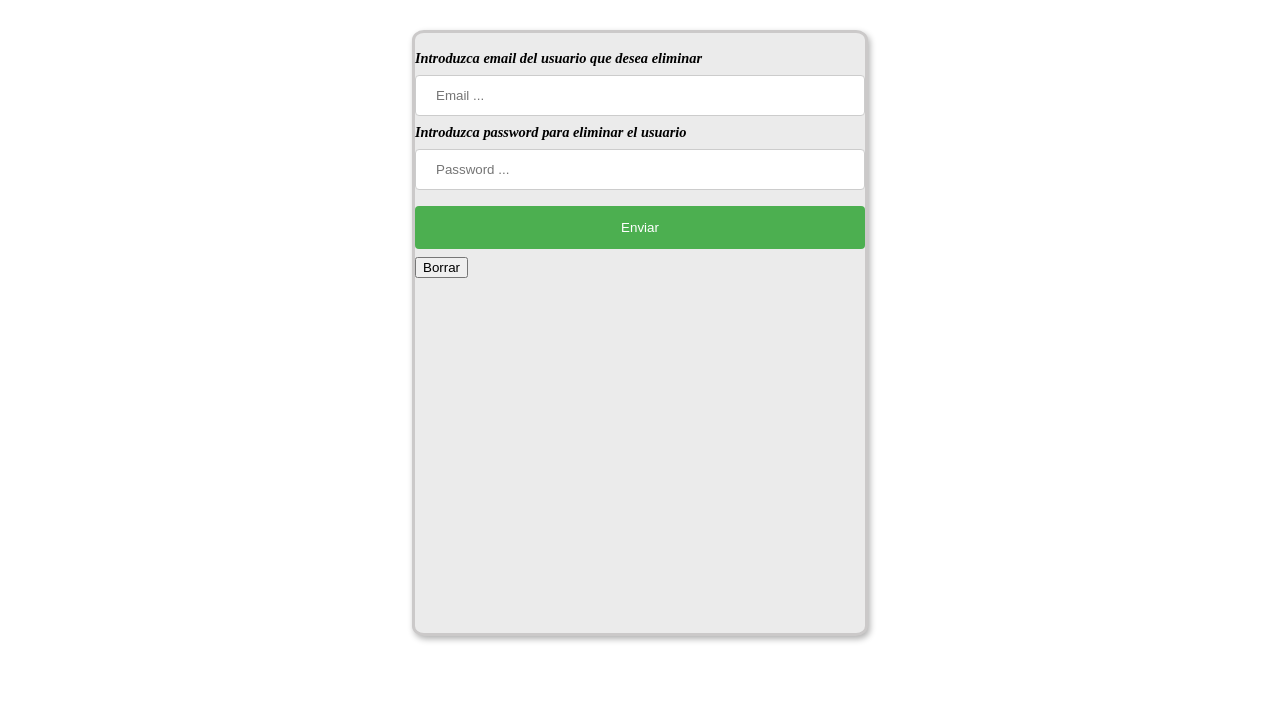
Repository: nachmz42/ProyectoJoker
Page: http://localhost/Joker/eliminarusuario.jsp
These files come from the project's save history. The page is drawn as it stood at one moment and after the next save; the edit follows.
The browser window is 1280 px wide. The pictures show the whole page.
The page is served by Tomcat 9. Other server files are loaded and not shown.

Above is the page before, as saved 2021-07-02 11:24:27.

### Joker/src/main/webapp/eliminarusuario.jsp
<%@ page language="java" contentType="text/html; charset=ISO-8859-1"
    pageEncoding="ISO-8859-1"%>
<!DOCTYPE html>
<html>
<head>
<meta charset="ISO-8859-1">
<title>Insert title here</title>
<link rel="stylesheet" href="STYLE/css/eliminarusuario.css"></link>
</head>
<body>


<div class= "testbox">
  <form action="/Joker/ServletEliminarusuario" method="post"><br>
  <div clas="form2">
  	<label for="email">Introduzca email del usuario que desea eliminar</label>
    <input type="email" id="email" name="email" placeholder="Email ..." required><br>

    <label for="password">Introduzca password para eliminar el usuario</label>
    <input type="text" id="password" name="password" placeholder="Password ..." required><br>

    <input type="submit" value="Enviar"><br>
    <input type="reset" value="Borrar"><br>
    </div>
  </form>
</div>





</body>
</html>

### Joker/src/main/webapp/STYLE/css/eliminarusuario.css
@charset "ISO-8859-1";


input[type=text], select {
  width: 100%;
  padding: 12px 20px;
  margin: 8px 0;
  display: inline-block;
  border: 1px solid #ccc;
  border-radius: 4px;
  box-sizing: border-box;
}

input[type=email], select {
  width: 100%;
  padding: 12px 20px;
  margin: 8px 0;
  display: inline-block;
  border: 1px solid #ccc;
  border-radius: 4px;
  box-sizing: border-box;
}

input[type=submit] {
  width: 100%;
  background-color: #4CAF50;
  color: white;
  padding: 14px 20px;
  margin: 8px 0;
  border: none;
  border-radius: 4px;
  cursor: pointer;
}

input[type=submit]:hover {
  background-color: #45a049;
}

.testbox {
  margin: 30px auto;
  width: 450px;
  height: 600px;
  -webkit-border-radius: 12px/9px;
  -moz-border-radius: 12px/9px;
  border-radius: 12px/10px;
  background-color: #ebebeb;
  -webkit-box-shadow: 2px 3px 6px rgba(0,0,0,.31);
  -moz-box-shadow: 2px 3px 6px rgba(0,0,0,.31);
  box-shadow: 2px 3px 6px rgba(0,0,0,.31);
  border: solid 3px #cbc9c9;
  font: oblique bold 90% cursive;
}

.form2 {
    Text-align: left;
    width: 350px;
    margin-left: 50px;
}

After the next save:
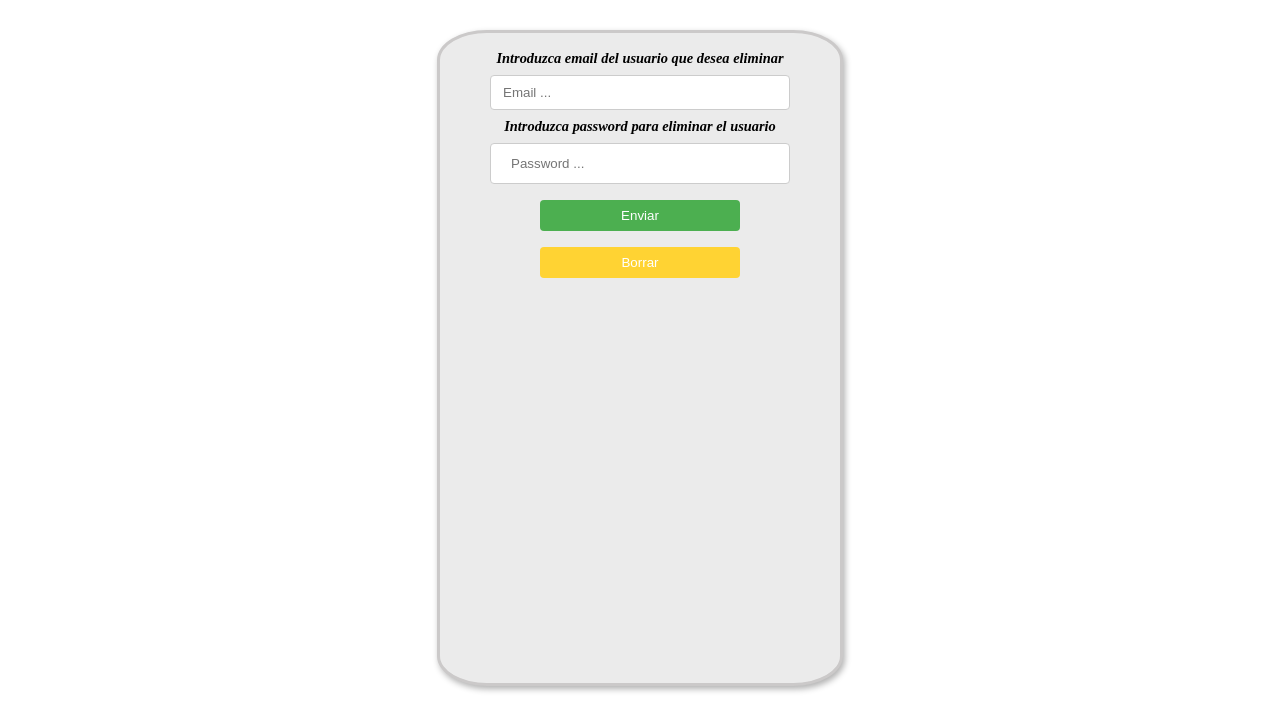
Saved 69 s later.
--- a/Joker/src/main/webapp/STYLE/css/eliminarusuario.css
+++ b/Joker/src/main/webapp/STYLE/css/eliminarusuario.css
@@ -1,58 +1,74 @@
 @charset "ISO-8859-1";
 
 
+
 input[type=text], select {
-  width: 100%;
-  padding: 12px 20px;
-  margin: 8px 0;
-  display: inline-block;
-  border: 1px solid #ccc;
-  border-radius: 4px;
-  box-sizing: border-box;
+	width: 75%;
+	padding: 12px 20px;
+	margin: 8px 0;
+	display: inline-block;
+	border: 1px solid #ccc;
+	border-radius: 4px;
+	box-sizing: border-box;
 }
 
 input[type=email], select {
-  width: 100%;
-  padding: 12px 20px;
-  margin: 8px 0;
-  display: inline-block;
-  border: 1px solid #ccc;
-  border-radius: 4px;
-  box-sizing: border-box;
+	width: 75%;
+	padding: 9px 12px;
+	margin: 8px 0;
+	display: inline-block;
+	border: 1px solid #ccc;
+	border-radius: 4px;
+	box-sizing: border-box;
 }
 
 input[type=submit] {
-  width: 100%;
-  background-color: #4CAF50;
-  color: white;
-  padding: 14px 20px;
-  margin: 8px 0;
-  border: none;
-  border-radius: 4px;
-  cursor: pointer;
+	width: 50%;
+	background-color: #4CAF50;
+	color: white;
+	padding: 8px 0px;
+	margin: 8px 0;
+	border: none;
+	border-radius: 4px;
+	cursor: pointer;
+	Text-align: center;
 }
 
-input[type=submit]:hover {
-  background-color: #45a049;
+input[type=reset] {
+	width: 50%;
+	background-color: #FFD333;
+	color: white;
+	padding: 8px 0px;
+	margin: 8px 0;
+	border: none;
+	border-radius: 4px;
+	cursor: pointer;
+	Text-align: center;
 }
 
+
 .testbox {
-  margin: 30px auto;
-  width: 450px;
-  height: 600px;
-  -webkit-border-radius: 12px/9px;
-  -moz-border-radius: 12px/9px;
-  border-radius: 12px/10px;
-  background-color: #ebebeb;
-  -webkit-box-shadow: 2px 3px 6px rgba(0,0,0,.31);
-  -moz-box-shadow: 2px 3px 6px rgba(0,0,0,.31);
-  box-shadow: 2px 3px 6px rgba(0,0,0,.31);
-  border: solid 3px #cbc9c9;
-  font: oblique bold 90% cursive;
+	margin: 30px auto;
+	width: 400px;
+	height: 650px;
+	-webkit-border-radius: 50px/30px;
+	-moz-border-radius: 50px/30px;
+	border-radius: 50px/30px;
+	background-color: #ebebeb;
+	-webkit-box-shadow: 2px 3px 6px rgba(0, 0, 0, .31);
+	-moz-box-shadow: 2px 3px 6px rgba(0, 0, 0, .31);
+	box-shadow: 2px 3px 6px rgba(0, 0, 0, .31);
+	border: solid 3px #cbc9c9;
+	Text-align: center;
+	 font: oblique bold 90% cursive;
 }
+
+
+
+
 
 .form2 {
     Text-align: left;
     width: 350px;
     margin-left: 50px;
-}
+}}
